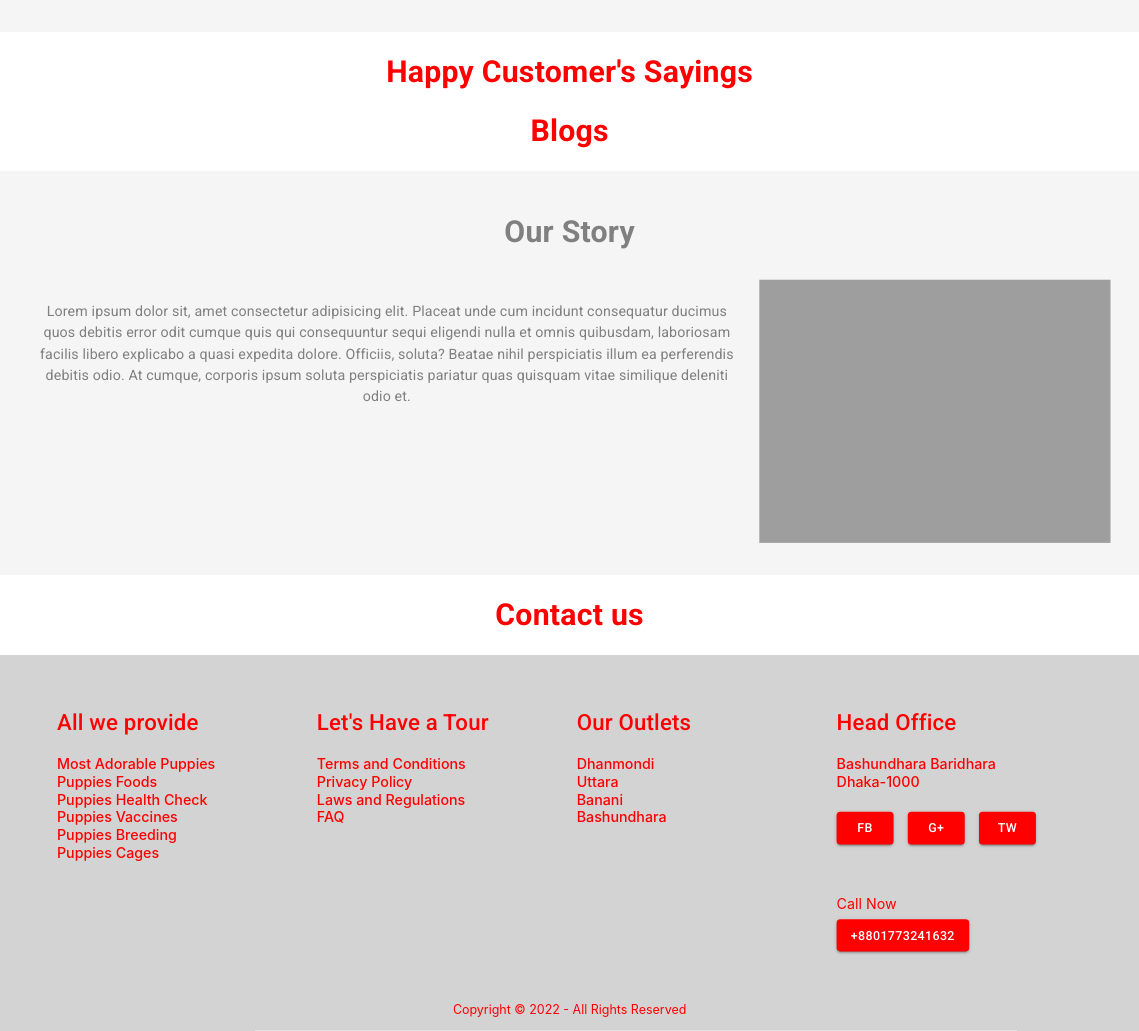
Repository: Sharif-00112/dogos-paradise-client
Page: /
These files come from the project's save history. The page is drawn as it stood at one moment and after the next save; the edit follows.
The browser window is 1280 px wide. The pictures show the part of the page from y = 1582 to 2740 px (the page is 2740 px tall), at 89% of full size.
Pictures or frames that could not be fetched are drawn as grey boxes. The page's requests for data from a server got no answer. The project was rebuilt for these pictures with package versions that can differ from the ones it lists, and the page was loaded fresh each time. Some packages were replaced by stand-ins written for this rebuild. No one was signed in, and anything a server would have sent is missing. Also part of the build but not shown: src/Pages/Home/Dog/Dog.js, src/Pages/Login/Login/Login.js, src/Pages/Login/Register/Register.js, src/Pages/NotFound/NotFound.js.

Above is the page before, as saved 2022-12-05 22:32:14.

### public/index.html
<!DOCTYPE html>
<html lang="en">
  <head>
    <meta charset="utf-8" />
    <link rel="icon" href="%PUBLIC_URL%/favicon.ico" />
    <meta name="viewport" content="width=device-width, initial-scale=1" />
    <meta name="theme-color" content="#000000" />
    <meta
      name="description"
      content="Web site created using create-react-app"
    />
    <link
      rel="stylesheet" href="https://fonts.googleapis.com/css?family=Roboto:300,400,500,700&display=swap"
    />

    <link rel="apple-touch-icon" href="%PUBLIC_URL%/logo192.png" />
    <!--
      manifest.json provides metadata used when your web app is installed on a
      user's mobile device or desktop. See https://developers.google.com/web/fundamentals/web-app-manifest/
    -->
    <link rel="manifest" href="%PUBLIC_URL%/manifest.json" />
    <!--
      Notice the use of %PUBLIC_URL% in the tags above.
      It will be replaced with the URL of the `public` folder during the build.
      Only files inside the `public` folder can be referenced from the HTML.

      Unlike "/favicon.ico" or "favicon.ico", "%PUBLIC_URL%/favicon.ico" will
      work correctly both with client-side routing and a non-root public URL.
      Learn how to configure a non-root public URL by running `npm run build`.
    -->
    <title>React App</title>
  </head>
  <body>
    <noscript>You need to enable JavaScript to run this app.</noscript>
    <div id="root"></div>
    <!--
      This HTML file is a template.
      If you open it directly in the browser, you will see an empty page.

      You can add webfonts, meta tags, or analytics to this file.
      The build step will place the bundled scripts into the <body> tag.

      To begin the development, run `npm start` or `yarn start`.
      To create a production bundle, use `npm run build` or `yarn build`.
    -->
  </body>
</html>

### src/App.js
import React  from 'react';
import './App.css';
import { BrowserRouter as Router, Route, Routes} from 'react-router-dom';
import Home from './Pages/Home/Home/Home';
import Login from './Pages/Login/Login/Login';
import Register from './Pages/Login/Register/Register';
import AuthProvider from './contexts/AuthProvider/AuthProvider';
// import PrivateRoute from './Pages/Login/PrivateRoute/PrivateRoute';
import NotFound from './Pages/NotFound/NotFound';
import Contact from './Pages/Home/Contact/Contact';
import Story from './Pages/Home/Story/Story';
import CustomerReviews from './Pages/Home/CustomerReviews/CustomerReviews';
import Blogs from './Pages/Home/Blogs/Blogs';
import About from './Pages/Home/About/About';
import Dogs from './Pages/Home/Dogs/Dogs';
// import Footer from './Pages/Shared/Footer/Footer';
// import Dashboard from './Pages/Dashboard/Dashboard/Dashboard';

function App() {
  return (
    <div className="App">
      <AuthProvider>
        <Router>
          <Routes>
            <Route exact path = '/' element={<Home/>}/>
            <Route exact path = '/home' element={<Home/>}/>
            <Route exact path = '/login' element={<Login/>}/>
            <Route exact path = '/register' element={<Register/>}/>
            <Route exact path = '/contact' element={<Contact/>}/>
            <Route exact path = '/dogs' element={<Dogs/>}/>
            <Route exact path = '/story' element={<Story/>}/>
            <Route exact path = '/reviews' element={<CustomerReviews/>}/>
            <Route exact path = '/blogs' element={<Blogs/>}/>
            <Route exact path = '/about' element={<About/>}/>
            {/* <Route exact path = '/appointment' element = {
              <PrivateRoute>
                <Appointment></Appointment>
              </PrivateRoute>
            }> </Route> */}
            {/* <Route path = 'dashboard/*' element = {
              <PrivateRoute>
                <Dashboard></Dashboard>
              </PrivateRoute>
            }> </Route> */}
            <Route path = '*' element={<NotFound/>}/>
          </Routes>
          {/* <Footer></Footer> */}
        </Router>
      </AuthProvider>
    </div>
  );
}

export default App;

### src/Pages/Home/Home/Home.js
import React from 'react';
import Footer from '../../Shared/Footer/Footer';
import Navigation from '../../Shared/Navigation/Navigation';
import About from '../About/About';
import Banner from '../Banner/Banner';
import Blogs from '../Blogs/Blogs';
import Contact from '../Contact/Contact';
import CustomerReviews from '../CustomerReviews/CustomerReviews';
import Dogs from '../Dogs/Dogs';
import Story from '../Story/Story';

const Home = () => {
    return (
        <div>
            <Navigation></Navigation>
            <Banner></Banner>
            <Dogs></Dogs>
            <Story></Story>
            <CustomerReviews></CustomerReviews>
            <Blogs></Blogs>
            <About></About>
            <Contact></Contact>
            <Footer></Footer>
        </div>
    );
};

export default Home;

### src/contexts/AuthProvider/AuthProvider.js
import React from 'react';
import { createContext } from 'react';
import useFirebase from '../../hooks/useFirebase';

//step-1-context
export const AuthContext = createContext();

const AuthProvider = (props) => {
    //step-3-context
    const {children} = props;

    //step-5-context
    const allContexts = useFirebase();

    return (
        //step-2-context
        <AuthContext.Provider value={allContexts}>
            {children}
        </AuthContext.Provider>
    );
};

export default AuthProvider;

### src/Pages/Home/Contact/Contact.js
import React from 'react';
import { Typography } from '@mui/material';

const Contact = () => {
    return (
        <div>
            <Typography sx={{ m: 3, color: 'red', fontWeight: 600 }} variant="h4" component="div">
                Contact us
            </Typography>
        </div>
    );
};

export default Contact;

### src/Pages/Home/Story/Story.js
import React from 'react';
import { Typography } from '@mui/material';
import Box from '@mui/material/Box';
import Grid from '@mui/material/Unstable_Grid2';


const Story = () => {
    return (
        <Box sx={{backgroundColor:"whitesmoke", p:4}}>
            <Typography sx={{ mt: 2, mb:4, color: 'gray', fontWeight: 600 }} variant="h4" component="div">
                Our Story
            </Typography>
            <Box sx={{ flexGrow: 1 }}>
                <Grid container spacing={2}>
                    <Grid xs={6} md={4}>
                        <img style={{ width: '100%'}} src="https://i.ibb.co/M8w31YS/dog-story.jpg" alt="dog-story" />
                    </Grid>
                    <Grid xs={6} md={8}>
                        <Typography sx={{ mx: 1, my:3, color: 'gray', fontWeight: 400 }} variant="body1" component="div">
                            Lorem ipsum dolor sit, amet consectetur adipisicing elit. Placeat unde cum incidunt consequatur ducimus quos debitis error odit cumque quis qui consequuntur sequi eligendi nulla et omnis quibusdam, laboriosam facilis libero explicabo a quasi expedita dolore. Officiis, soluta? Beatae nihil perspiciatis illum ea perferendis debitis odio. At cumque, corporis ipsum soluta perspiciatis pariatur quas quisquam vitae similique deleniti odio et.
                        </Typography>
                    </Grid>
                </Grid>
            </Box>
        </Box>
    );
};

export default Story;

### src/Pages/Home/CustomerReviews/CustomerReviews.js
import React from 'react';
import { Typography } from '@mui/material';


const CustomerReviews = () => {
    return (
        <div>
            <Typography sx={{ m: 3, color: 'red', fontWeight: 600 }} variant="h4" component="div">
                Happy Customer's Sayings
            </Typography>
        </div>
    );
};

export default CustomerReviews;

### src/Pages/Home/Blogs/Blogs.js
import React from 'react';
import { Typography } from '@mui/material';


const Blogs = () => {
    return (
        <div>
            <Typography sx={{ m: 3, color: 'red', fontWeight: 600 }} variant="h4" component="div">
                Blogs
            </Typography>
        </div>
    );
};

export default Blogs;

### src/Pages/Home/About/About.js
import React from 'react';
import { Typography } from '@mui/material';
import Box from '@mui/material/Box';
import Grid from '@mui/material/Unstable_Grid2';

const About = () => {
    return (
        <Box sx={{backgroundColor:"whitesmoke", p:4}}>
        <Typography sx={{ mt: 2, mb:4, color: 'gray', fontWeight: 600 }} variant="h4" component="div">
            Our Story
        </Typography>
        <Box sx={{ flexGrow: 1 }}>
            <Grid container spacing={2}>
                <Grid xs={6} md={8}>
                    <Typography sx={{ mx: 1, my:3, color: 'gray', fontWeight: 400 }} variant="body1" component="div">
                        Lorem ipsum dolor sit, amet consectetur adipisicing elit. Placeat unde cum incidunt consequatur ducimus quos debitis error odit cumque quis qui consequuntur sequi eligendi nulla et omnis quibusdam, laboriosam facilis libero explicabo a quasi expedita dolore. Officiis, soluta? Beatae nihil perspiciatis illum ea perferendis debitis odio. At cumque, corporis ipsum soluta perspiciatis pariatur quas quisquam vitae similique deleniti odio et.
                    </Typography>
                </Grid>
                <Grid xs={6} md={4}>
                    <img style={{ width: '100%'}} src="https://i.ibb.co/c2xbHpP/dog-about.jpg" alt="dog-story" />
                </Grid>
            </Grid>
        </Box>
    </Box>
    );
};

export default About;

### src/Pages/Home/Dogs/Dogs.js
import React, { useEffect, useState } from 'react';
import Box from '@mui/material/Box';
import Grid from '@mui/material/Unstable_Grid2';
import Typography from '@mui/material/Typography';
import { Container } from '@mui/material';
import Dog from '../Dog/Dog';

// const dogs = [
//     {
//         title: "Siberian Husky",
//         age: '13',
//         breed: 'Mixed',
//         image: 'https://i.ibb.co/VV1yxdy/dog-1.jpg',
//         price: 700,
//         description: 'Lorem ipsum dolor sit amet, consectetur adipisicing elit. Quo, magni ab. Sed aut nesciunt neque laudantium culpa sit? Possimus, id.'
//     },
//     {
//         title: "German Shepherd",
//         age: '8',
//         breed: 'Mixed',
//         image: 'https://i.ibb.co/tZcvfCd/dog-2.jpg',
//         price: 700,
//         description: 'Lorem ipsum dolor sit amet, consectetur adipisicing elit. Quo, magni ab. Sed aut nesciunt neque laudantium culpa sit? Possimus, id.'
//     },
//     {
//         title: "Golden Retriever",
//         age: '5',
//         breed: 'Mixed',
//         image: 'https://i.ibb.co/YPHDzsb/dog-3.jpg',
//         price: 700,
//         description: 'Lorem ipsum dolor sit amet, consectetur adipisicing elit. Quo, magni ab. Sed aut nesciunt neque laudantium culpa sit? Possimus, id.'
//     },
//     {
//         title: "Bulldog",
//         age: '6',
//         breed: 'Mixed',
//         image: 'https://i.ibb.co/bjty4nS/dog-4.jpg',
//         price: 700,
//         description: 'Lorem ipsum dolor sit amet, consectetur adipisicing elit. Quo, magni ab. Sed aut nesciunt neque laudantium culpa sit? Possimus, id.'
//     },
//     {
//         title: "Irish Setter",
//         age: '9',
//         breed: 'Mixed',
//         image: 'https://i.ibb.co/QPSnF0t/dog-5.jpg',
//         price: 700,
//         description: 'Lorem ipsum dolor sit amet, consectetur adipisicing elit. Quo, magni ab. Sed aut nesciunt neque laudantium culpa sit? Possimus, id.'
//     },
//     {
//         title: "Brussels Griffon",
//         age: '4',
//         breed: 'Mixed',
//         image: 'https://i.ibb.co/z5kJHB2/dog-6.jpg',
//         price: 700,
//         description: 'Lorem ipsum dolor sit amet, consectetur adipisicing elit. Quo, magni ab. Sed aut nesciunt neque laudantium culpa sit? Possimus, id.'
//     },
//     {
//         title: "Newfoundland",
//         age: '15',
//         breed: 'Mixed',
//         image: 'https://i.ibb.co/mD4CtfC/dog-7.jpg',
//         price: 700,
//         description: 'Lorem ipsum dolor sit amet, consectetur adipisicing elit. Quo, magni ab. Sed aut nesciunt neque laudantium culpa sit? Possimus, id.'
//     },
//     {
//         title: "French Bulldog",
//         age: '7',
//         breed: 'Mixed',
//         image: 'https://i.ibb.co/PCQT44S/dog-8.jpg',
//         price: 700,
//         description: 'Lorem ipsum dolor sit amet, consectetur adipisicing elit. Quo, magni ab. Sed aut nesciunt neque laudantium culpa sit? Possimus, id.'
//     },
//     {
//         title: "Beagle",
//         age: '12',
//         breed: 'Mixed',
//         image: 'https://i.ibb.co/XLvC5BW/dog-9.jpg',
//         price: 700,
//         description: 'Lorem ipsum dolor sit amet, consectetur adipisicing elit. Quo, magni ab. Sed aut nesciunt neque laudantium culpa sit? Possimus, id.'
//     },
//     {
//         title: "Poodle",
//         age: '15',
//         breed: 'Mixed',
//         image: 'https://i.ibb.co/rxMv41c/dog-10.jpg',
//         price: 700,
//         description: 'Lorem ipsum dolor sit amet, consectetur adipisicing elit. Quo, magni ab. Sed aut nesciunt neque laudantium culpa sit? Possimus, id.'
//     }
// ]

const Dogs = () => {
    const [dogs, setDogs] = useState([]);

    useEffect(() => {
        fetch('http://localhost:3005/dogs')
        .then(res => res.json())
        .then(data => setDogs(data))
    }, []);

    return (
        <div>
            <Box sx={{ flexGrow: 1, backgroundColor:"lightblue", py:4 }}>
                <Container>
                    <Typography sx={{ p:3, color: 'red', fontWeight: 600 }} variant="h4" component="div">
                        Dogs Waiting for you to adapt
                    </Typography>

                    <Grid container spacing={{ xs: 2, md: 3 }} columns={{ xs: 4, sm: 8, md: 12 }}>
                        {
                            dogs.map(dog => (
                                <Grid xs={2} sm={4} md={4} key={dog._id}>
                                    <Dog
                                        key= {dog._id}
                                        dog = {dog}
                                    ></Dog>
                                </Grid>
                            ))
                        }
                    </Grid>
                </Container>
            </Box>
        </div>
    );
};

export default Dogs;

### src/Pages/Home/Banner/Banner.js
import React from 'react';
import { Typography } from '@mui/material';

const Banner = () => {
    return (
        <div>
            {/* <Typography sx={{ m: 3, color: 'red', fontWeight: 600 }} variant="h4" component="div">
                Head Banner
            </Typography> */}
            <img style={{ width: '100%'}} src="https://i.ibb.co/Mnn0NX3/dog-cover-1.jpg" alt="dog-human playing" />
            <Typography sx={{ mt: -25, mb:8, color: 'red', fontWeight: 700 }} variant="h4" component="div">
                Dogs are not only pets;
                <br /> <br />
                They are "L O V E"
            </Typography>
        </div>
    );
};

export default Banner;

### src/hooks/useAuth.js
//step-6-context

import { useContext } from "react"
import { AuthContext } from "../../src/contexts/AuthProvider/AuthProvider"

const useAuth = () =>{
    return useContext(AuthContext);
}

export default useAuth;

### src/Pages/Login/Firebase/firebase.initialize.js
import { initializeApp } from "firebase/app";
import firebaseConfig from "./firebase.config";

const initializeAuthentication = () =>{
    initializeApp(firebaseConfig);
}

export default initializeAuthentication;

### src/Pages/Login/Firebase/firebase.config.js
// console.log(process.env);

const firebaseConfig = {
  apiKey: process.env.REACT_APP_FIREBASE_API_KEY,
  authDomain: process.env.REACT_APP_FIREBASE_AUTH_DOMAIN,
  projectId: process.env.REACT_APP_FIREBASE_PROJECT_ID,
  storageBucket: process.env.REACT_APP_FIREBASE_STORAGE_BUCKET,
  messagingSenderId: process.env.REACT_APP_FIREBASE_MESSAGING_SENDER_ID,
  appId: process.env.REACT_APP_FIREBASE_APP_ID,
  measurementId: process.env.REACT_APP_FIREBASE_MEASUREMENT_ID
};

export default firebaseConfig;

// .env.local
// REACT_APP_FIREBASE_API_KEY=AIzaSyCGaQ8G2l5KeOKX4bAJ7MC19oWW_2vnTNQ
// REACT_APP_FIREBASE_AUTH_DOMAIN=dogos-paradise.firebaseapp.com
// REACT_APP_FIREBASE_PROJECT_ID=dogos-paradise
// REACT_APP_FIREBASE_STORAGE_BUCKET=dogos-paradise.appspot.com
// REACT_APP_FIREBASE_MESSAGING_SENDER_ID=824394057307
// REACT_APP_FIREBASE_APP_ID=1:824394057307:web:727ac0c86627b9544a617e
// REACT_APP_FIREBASE_MEASUREMENT_ID=G-DL8JJ6MYSD

// const firebaseConfig = {
  // apiKey: "AIzaSyCGaQ8G2l5KeOKX4bAJ7MC19oWW_2vnTNQ",
  // authDomain: "dogos-paradise.firebaseapp.com",
  // projectId: "dogos-paradise",
  // storageBucket: "dogos-paradise.appspot.com",
  // messagingSenderId: "824394057307",
  // appId: "1:824394057307:web:727ac0c86627b9544a617e",
  // measurementId: "G-DL8JJ6MYSD"
// };

Loaded but not shown: src/index.js (common file); src/index.css (common file); src/reportWebVitals.js (common file); src/App.css (common file); src/Pages/Shared/Navigation/Navigation.js (229 lines, source omitted); src/hooks/useFirebase.js (273 lines, source omitted); src/Pages/Shared/Footer/Footer.js (156 lines, source omitted)

After the next save:
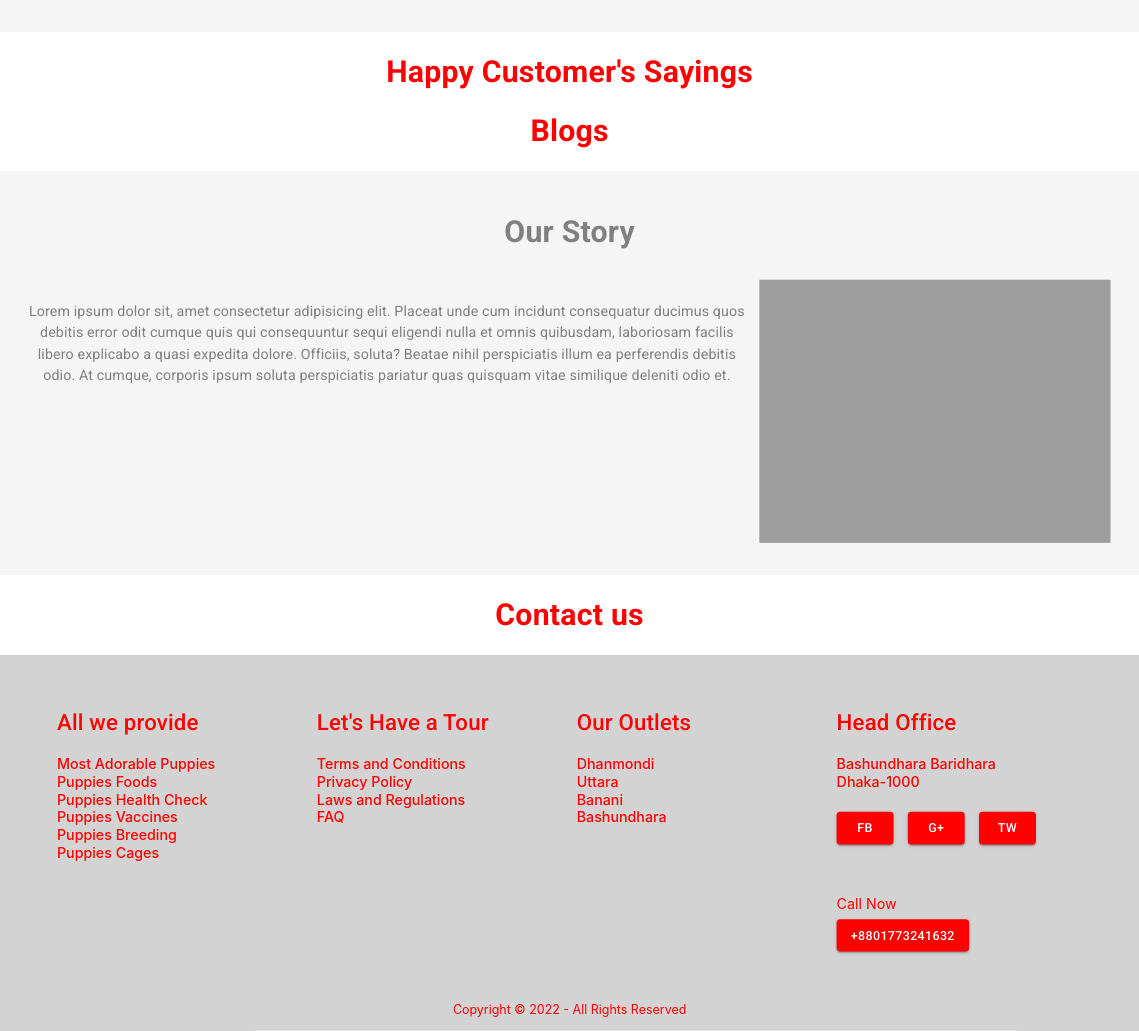
Saved 24 s later.
--- a/src/Pages/Home/About/About.js
+++ b/src/Pages/Home/About/About.js
@@ -12,7 +12,7 @@ const About = () => {
         <Box sx={{ flexGrow: 1 }}>
             <Grid container spacing={2}>
                 <Grid xs={6} md={8}>
-                    <Typography sx={{ mx: 1, my:3, color: 'gray', fontWeight: 400 }} variant="body1" component="div">
+                    <Typography sx={{ my:3, color: 'gray', fontWeight: 400 }} variant="body1" component="div">
                         Lorem ipsum dolor sit, amet consectetur adipisicing elit. Placeat unde cum incidunt consequatur ducimus quos debitis error odit cumque quis qui consequuntur sequi eligendi nulla et omnis quibusdam, laboriosam facilis libero explicabo a quasi expedita dolore. Officiis, soluta? Beatae nihil perspiciatis illum ea perferendis debitis odio. At cumque, corporis ipsum soluta perspiciatis pariatur quas quisquam vitae similique deleniti odio et.
                     </Typography>
                 </Grid>
